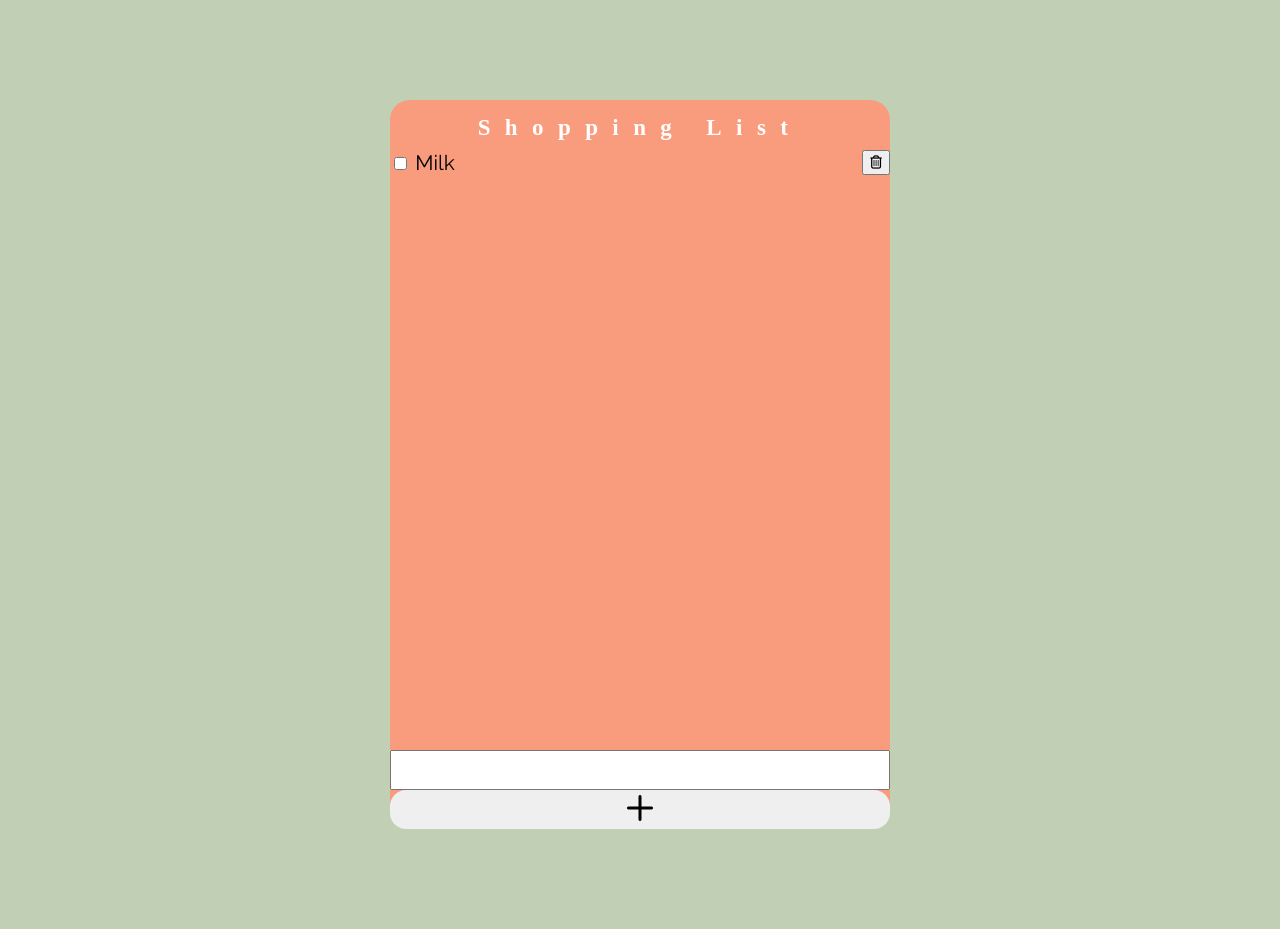
Repository: sephinejo/shopping-list-app
Page: index.html
The author's editor kept a copy of each file at every save. The page is drawn from the files as they stood at one save, then again after the next save.
The browser window is 1280 px wide. The pictures show the whole page.
Some web fonts or font styles are not loaded; a fallback is used. Some web libraries are served in a nearby version.

Above is the page before, as saved 2023-05-11 23:24:11.

After the next save:
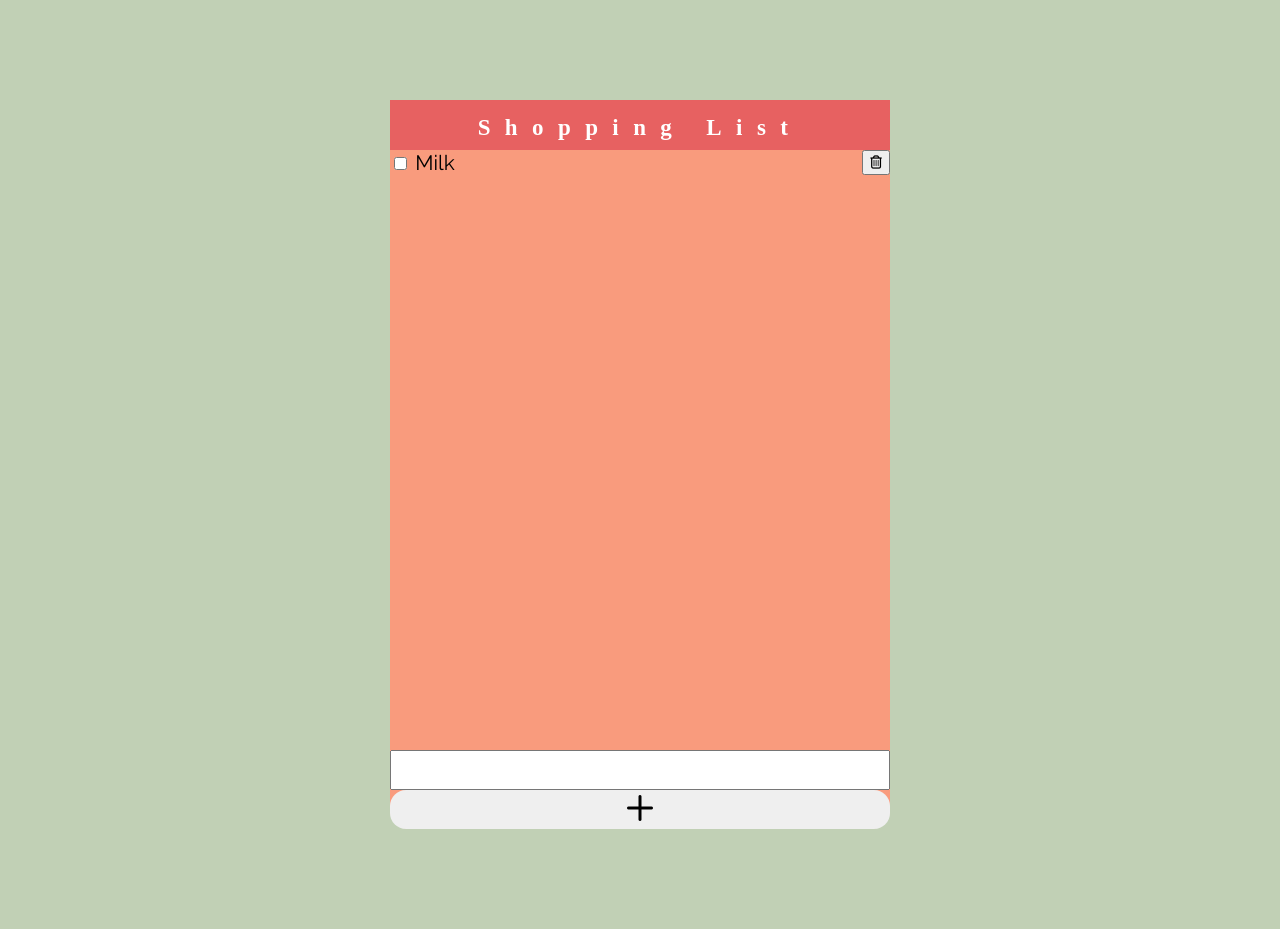
Saved 11 h 36 min later.
--- a/style.css
+++ b/style.css
@@ -23,7 +23,7 @@ body {
   letter-spacing: 0.9rem;
   font-weight: 700;
   font-size: 23px;
-  /* background-color: #e76161; */
+  background-color: #e76161;
 }
 
 ul {
